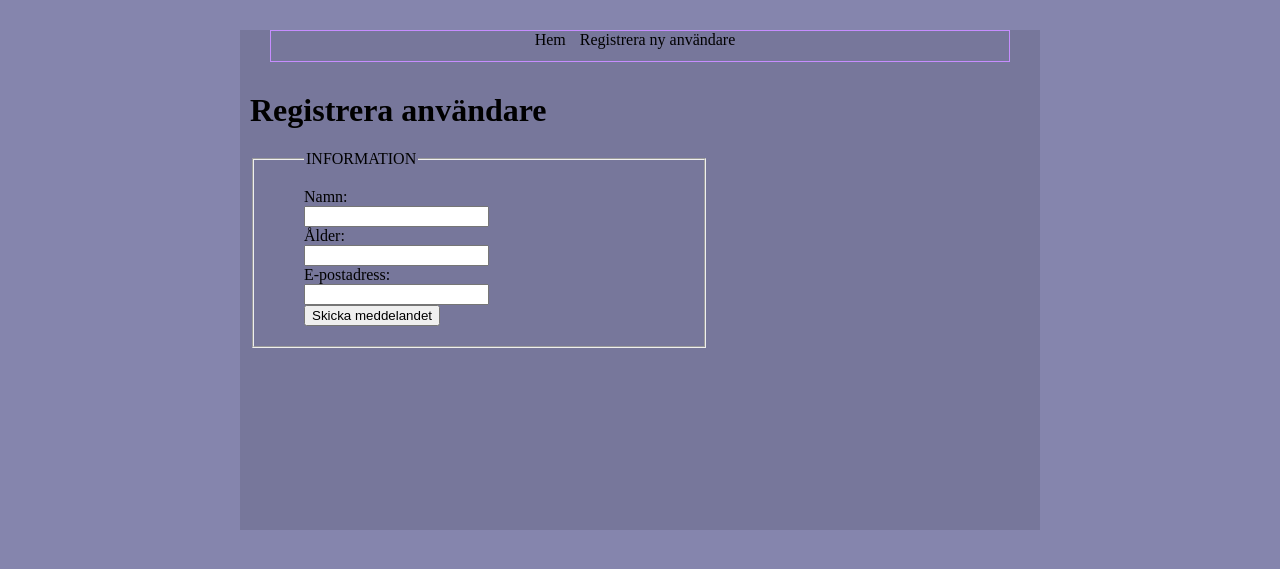
Repository: JuliaSivartsson/1DV404-jsigc09-laborationer
Page: Laboration3/Testfall2/reguser.html
The author's editor kept a record of every edit. The page is drawn from the files as they stood at one moment, then again after the next edit.
The browser window is 1280 px wide. The pictures show the whole page.

Above is the page before.
Console error: SyntaxError: Unexpected token ')'

### Laboration3/Testfall2/reguser.html
<!DOCTYPE html>
<html>
    <head>
        <meta charset="UTF-8">
        <link rel="stylesheet" type="text/css" href="css/style.css">
        <title>Testfall 2: Registrera användare</title>
    </head>
    <body>
        <div id="content">
            <ul id="meny">
                <li><a href="index.html">Hem</a></li>
                <li><a href="reguser.html">Registrera ny användare</a></li>
            </ul>
            <div id="main">
                <h1>Registrera användare</h1>

                <form name="kontaktform" id="kontaktform" method="post" action="">
                    <fieldset>
                    <legend>INFORMATION</legend>
                    <label for="namn">Namn:</label> <br />
                    <input type="text" name="namn" id="namn" /> <br />
                    <label for="meddelande">Ålder:</label> <br />
                    <input type="text" name="namn" id="age" /> <br />
                    <label for="epost1">E-postadress:</label> <br />
                    <input type="text" name="epost" id="epost" /> <br />
                    <input type="submit" name="skicka" id="skicka" value="Skicka meddelandet" />
                    </fieldset>
                </form>

            </div>
        </div>
        <script src="js/script.js"></script>
    </body>
</html>

### Laboration3/Testfall2/css/style.css
body{
    background-color: #8585AD;
}

#content{
    background-color: rgba(0, 0, 0, 0.1);
    width: 800px;
    margin: 0 auto;
    height: 500px;
}

a:link { color: #000; text-decoration: none; }
a:visited { color: #000; text-decoration: none; }
a:hover { color: #999; }
a:active { text-decoration: underline;}#meny {
margin: 30px;
padding: 0;
list-style: none;
}
#meny li {
display: inline;
list-style-type: none;
padding: 0 10px 0 0;
}

ul{
    text-align: center;
    border: 1px solid #C68DFF;
    margin-top: 20px;
    height: 30px;
}

#main{
    margin: 10px;
}

.hidden{
    display: none;
}

#judgelist li{
    list-style: none;
}

#kontaktform fieldset {
    width: 400px;
    padding: 20px 0px 20px 50px;
}

### Laboration3/Testfall2/js/script.js
"use strict";

window.onload = function(){
    new Site();
};

function Site(){
    this.userObject = {};
    this.init();
}

Site.prototype.init = function() {
    console.log("Initierar programmet");

    this.createHTML();
};

Site.prototype.createHTML = function() {
    var content = document.getElementById("content");

    var name = document.getElementById("name");
    var age = document.getElementById("age");
    var mail = document.getElementById("mail");

    var that = this;

    var button = document.getElementById("register");
    button.onclick = function() {
      that.addUser(name.value, age.value, mail.value);
    };

    var showAll = document.createElement("button");
    showAll.className = "showAll";
    showAll.innerHTML = "Visa alla användare";
    showAll.onclick = function() {
        that.listAll();
    };

    content.appendChild(showAll);


};

Site.prototype.addUser = function(name, age, mail) {
    this.userObject.name = name;
    this.userObject.age = age;
    this.userObject.mail = mail;

        console.)lo(this.userObjectg;

};

Site.prototype.listAll = function() {
    console.log("Listar alla användare");

    if(this.userObject === undefined){
        return false;
    }
    else{
        console.log(this.userObject);
    }

};

After the next edit:
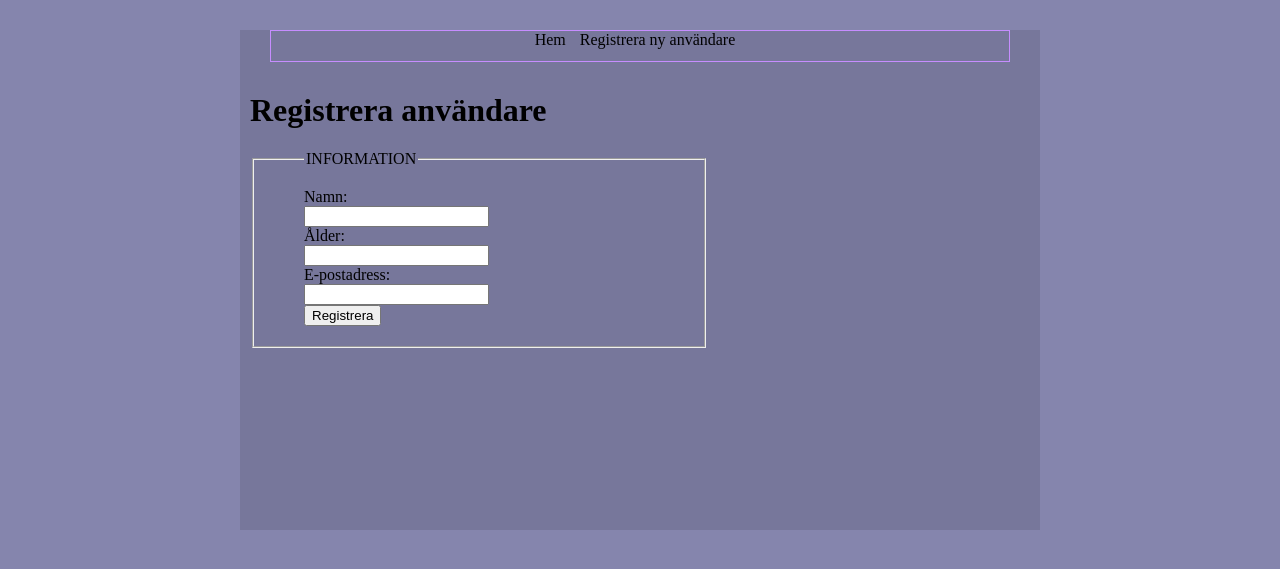
The edit:
--- a/Laboration3/Testfall2/reguser.html
+++ b/Laboration3/Testfall2/reguser.html
@@ -22,8 +22,8 @@
                     <label for="meddelande">Ålder:</label> <br />
                     <input type="text" name="namn" id="age" /> <br />
                     <label for="epost1">E-postadress:</label> <br />
-                    <input type="text" name="epost" id="epost" /> <br />
-                    <input type="submit" name="skicka" id="skicka" value="Skicka meddelandet" />
+                    <input type="text" name="epost" id="mail" /> <br />
+                    <input type="submit" name="skicka" id="register" value="Registrera" />
                     </fieldset>
                 </form>
 
